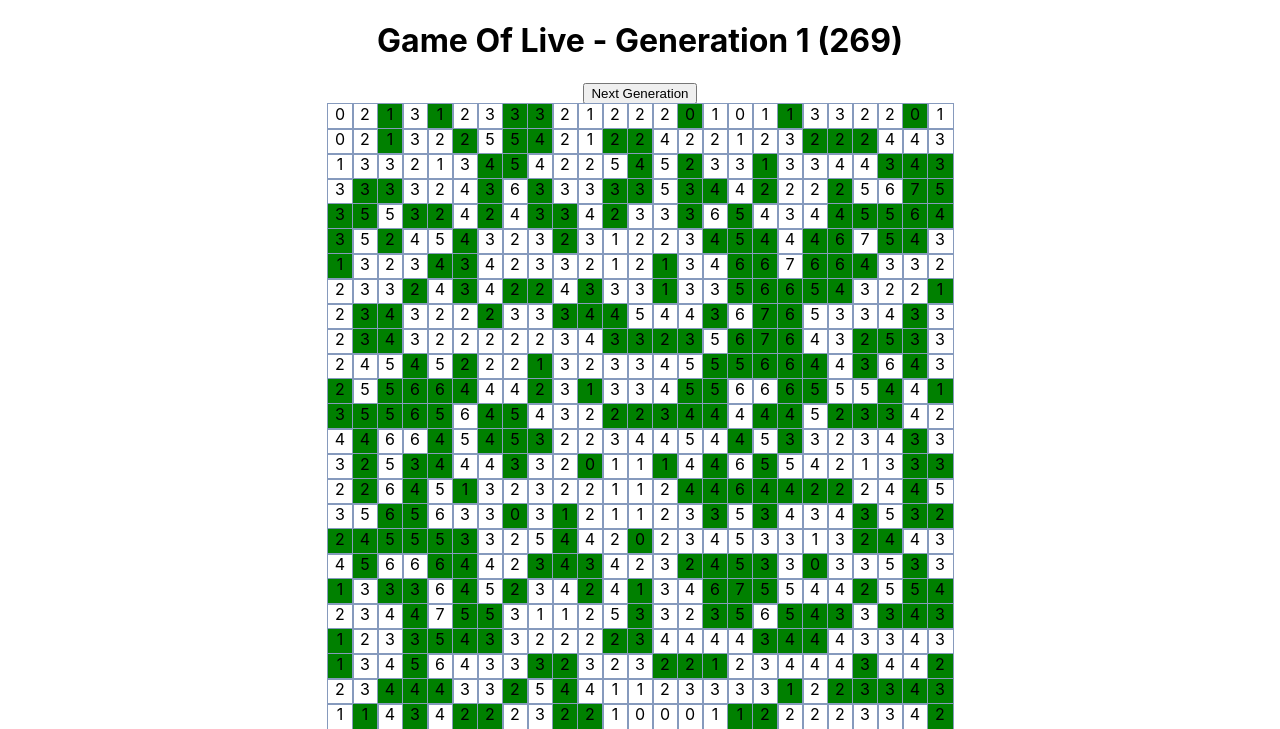
Repository: cfaguilera20/gol
Page: /
An editor plug-in stored every save of this project. The page is shown before and after the next save, followed by the edit.
The browser window is 1280 px wide. The pictures show the whole page.
The project was rebuilt for these pictures with package versions that can differ from the ones it lists, and the page was loaded fresh each time.

Above is the page before, as saved 2021-07-25 12:54:08.

### src/App.js
import './App.css';

import Board from './components/Board.jsx';

function App() {
    return (
        <div className="App">
            <Board />
        </div>
    );
}

export default App;

### src/components/Board.jsx
import React, { useState } from 'react';
import './Board.css';

const WORLD_SIZE = 25;
const WORLD_POPULATION = Math.round(WORLD_SIZE * WORLD_SIZE * 0.25);

const Board = (props) => {
    const [world, setWorld] = useState(
        createWorld(WORLD_SIZE, WORLD_POPULATION)
    );
    const [generation, setGeneration] = useState(1);

    const onNextGeneration = () => {
        setGeneration(generation + 1);
        world.nextGeneration();
    };

    const onCellClicked = (cell) => {
        cell.isAlive = !cell.isAlive;
    };

    return (
        <>
            <h1>
                Game Of Live - Generation {generation} (
                {world.currentPopulation})
            </h1>
            <button onClick={onNextGeneration}>Next Generation</button>
            <div className="world">
                {world.board.map((row, rowIdx) => (
                    <div key={rowIdx} className="row">
                        {row.map((cell, cellIdx) => {
                            const className = cell.getColor();
                            const neighborsAlive =
                                cell.getNeighborsAliveCounter();
                            return (
                                <div
                                    key={cellIdx}
                                    className={className}
                                    onClick={() => onCellClicked(cell)}
                                >
                                    {neighborsAlive}
                                </div>
                            );
                        })}
                    </div>
                ))}
            </div>
        </>
    );
};

class Cell {
    constructor(world, x, y, isAlive) {
        this.world = world;
        this.x = x;
        this.y = y;
        this.isAlive = isAlive;
    }

    getNeighbors() {
        return this.world.getNeighbors(this.x, this.y);
    }

    getNeighborsAlive() {
        return this.getNeighbors().filter((cell) => cell.isAlive === 1);
    }

    getNeighborsAliveCounter() {
        return this.getNeighborsAlive().length;
    }

    getColor() {
        return this.isAlive ? 'cell cell-green' : 'cell';
    }

    nextGeneration() {
        return this.getNeighborsAliveCounter() > 2;
    }
}

class World {
    constructor(size, population) {
        this.size = size;
        this.population = population;
        this.currentPopulation = 0;
        this.board = [];
        this.createBoard();
    }

    createBoard() {
        for (let y = 0; y < this.size; y++) {
            this.board[y] = [];
            for (let x = 0; x < this.size; x++) {
                const isAlive = Math.round(Math.random());
                this.board[y][x] = new Cell(this, x, y, isAlive);
                this.currentPopulation += isAlive ? 1 : 0;
            }
        }
    }

    getNeighbors(x, y) {
        const neighbors = [];
        const neighborsIdx = [
            [1, 0],
            [-1, 0],
            [0, 1],
            [0, -1],
            [1, 1],
            [1, -1],
            [-1, 1],
            [-1, -1],
        ];
        neighborsIdx.forEach(([dx, dy]) => {
            const [nx, ny] = [x + dx, y + dy];
            if (nx >= 0 && nx < this.size && ny >= 0 && ny < this.size) {
                neighbors.push(this.board[ny][nx]);
            }
        });
        return neighbors;
    }

    nextGeneration() {
        const nextBoard = [];
        for (let y = 0; y < this.size; y++) {
            nextBoard[y] = [];
            for (let x = 0; x < this.size; x++) {
                const cell = this.board[y][x];
                const isAlive = cell.isAlive;
                const nextIsAlive = cell.nextGeneration();
                nextBoard[y][x] = new Cell(this, x, y, nextIsAlive);
                this.currentPopulation += nextIsAlive - isAlive;
            }
        }

        this.board = nextBoard;
    }
}

const createWorld = (WORLD_SIZE, WORLD_POPULATION) => {
    const board = new World(WORLD_SIZE, WORLD_POPULATION);
    return board;
};

export default Board;

### src/components/Board.css
.row {
    height: 25px;
}

.cell {
    width: 25px;
    height: 25px;
    outline: 1px solid rgb(134, 154, 189);
    display: inline-block;
}

.cell-green {
    background-color: green;
}

.cell-red {
    background-color: red;
}

.cell-purple {
    background-color: purple;
}

Loaded but not shown: public/index.html (common file); src/index.js (common file); src/index.css (common file); src/reportWebVitals.js (common file); src/App.css (common file)

After the next save:
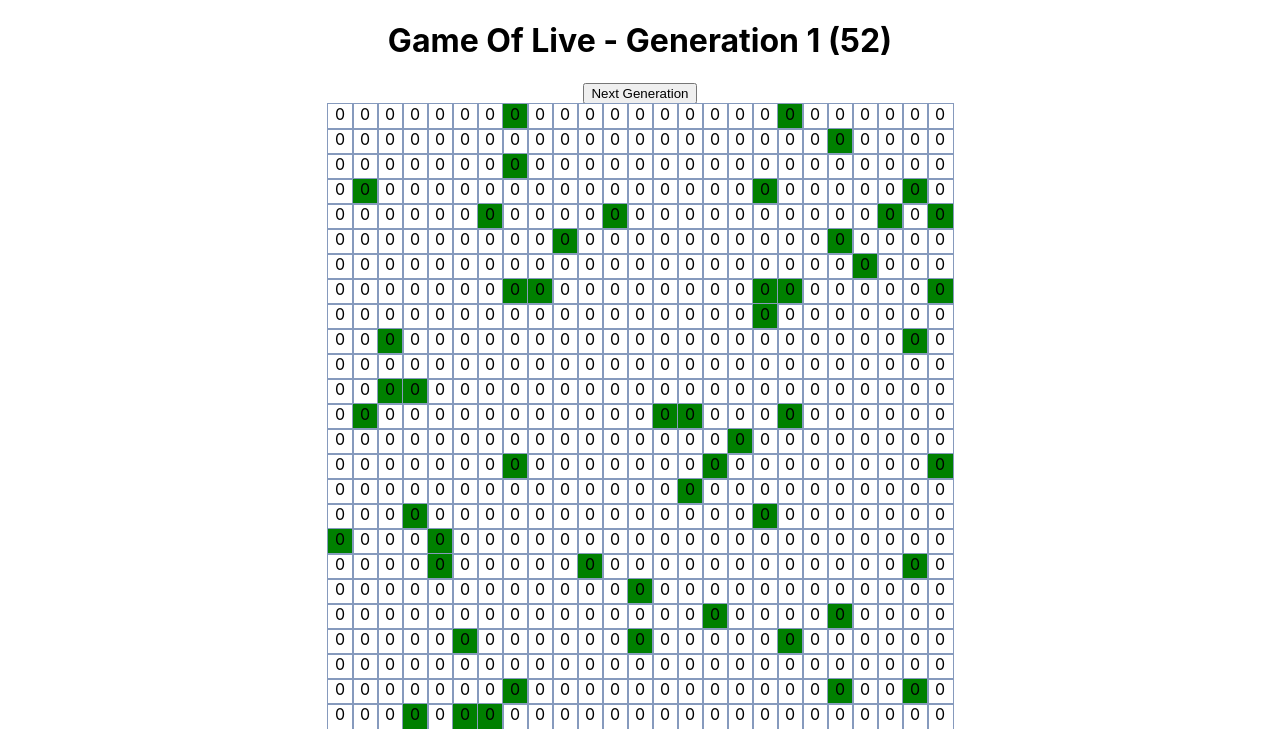
Saved 55 s later.
--- a/src/components/Board.jsx
+++ b/src/components/Board.jsx
@@ -92,7 +92,7 @@ class World {
         for (let y = 0; y < this.size; y++) {
             this.board[y] = [];
             for (let x = 0; x < this.size; x++) {
-                const isAlive = Math.round(Math.random());
+                const isAlive = Math.random() > .90;
                 this.board[y][x] = new Cell(this, x, y, isAlive);
                 this.currentPopulation += isAlive ? 1 : 0;
             }
